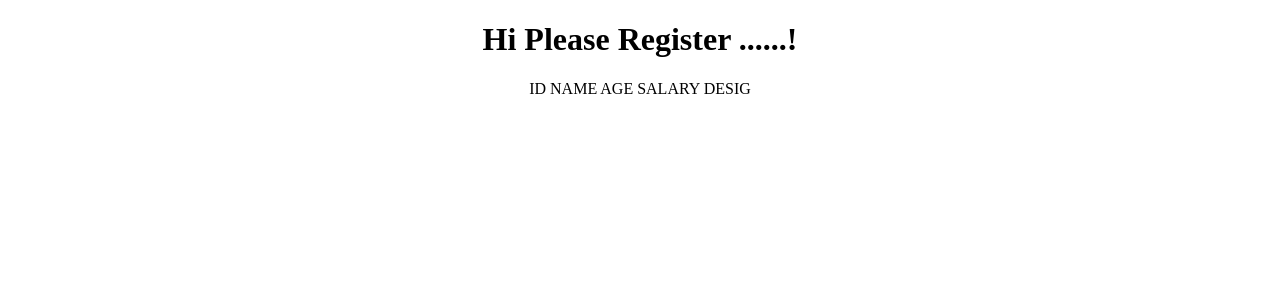
Repository: Thaneshwara848/E-Y
Page: Jdbc-Servlet-Jsp/Webemo5/src/main/webapp/Register.html
These files come from the project's save history. The page is drawn as it stood at one moment and after the next save; the edit follows.
The browser window is 1280 px wide. The pictures show the whole page.

Above is the page before, as saved 2023-05-22 04:39:07.

### Jdbc-Servlet-Jsp/Webemo5/src/main/webapp/Register.html
<!DOCTYPE html>
<html>
<head>
<meta charset="UTF-8">
<title>Insert title here</title>
</head>
<body>
<div style="text-align: center;">
	<h1> Hi Please Register ......!</h1>
	<form action="">

		ID
		NAME
		AGE
		SALARY
		DESIG


	</form>
</div>

</body>
</html>

After the next save:
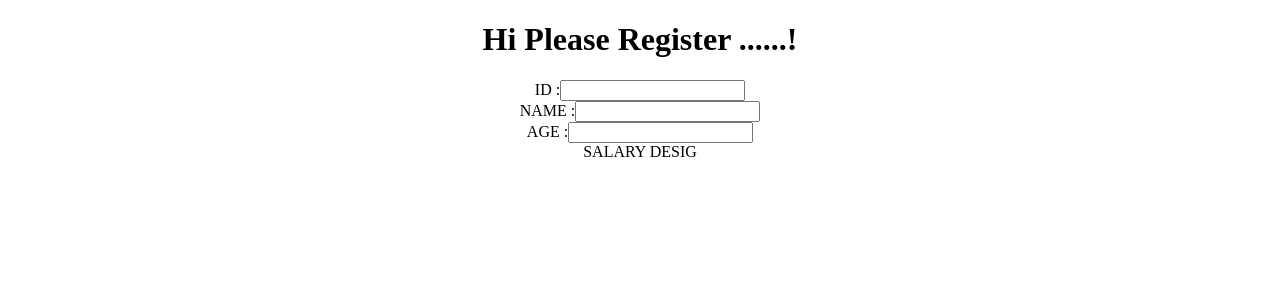
Saved 34 s later.
--- a/Jdbc-Servlet-Jsp/Webemo5/src/main/webapp/Register.html
+++ b/Jdbc-Servlet-Jsp/Webemo5/src/main/webapp/Register.html
@@ -9,9 +9,9 @@
 	<h1> Hi Please Register ......!</h1>
 	<form action="">
 
-		ID
-		NAME
-		AGE
+		ID 	:<input type="text"  name="uid"><br>
+		NAME :<input type="text"  name="uname"><br>
+		AGE   :<input type="text"  name="uage"><br>
 		SALARY
 		DESIG
 
